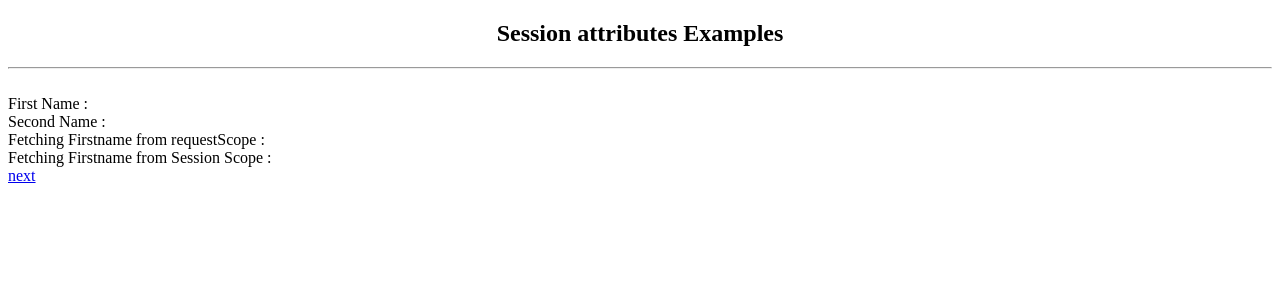
Repository: Ramakrishnmagadum/Testing_Branch
Page: http://localhost/Love-calculator-SessionAttributes/third
An editor plug-in stored every save of this project. The page is shown before and after the next save, followed by the edit.
The browser window is 1280 px wide. The pictures show the whole page.
The page is served by Tomcat 9. The template is opened directly, without the code that normally fills it, so the values that code supplies are empty.

Above is the page before, as saved 2025-05-02 13:25:58.

After the next save:
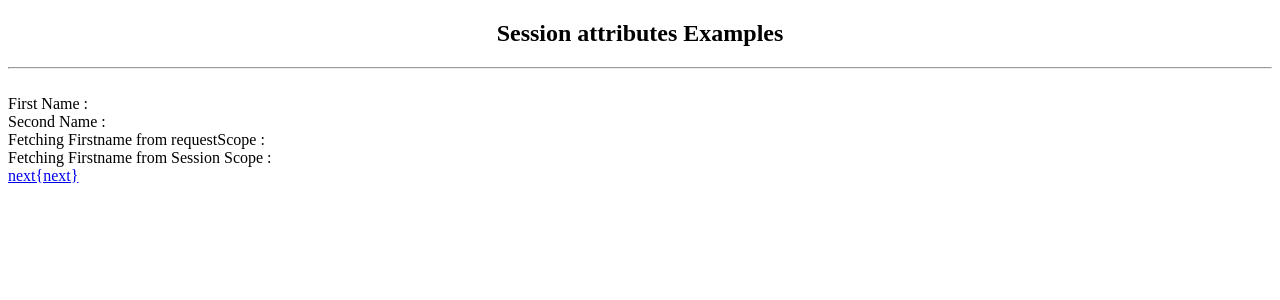
Saved 21 s later.
--- a/Love-calculator-SessionAttributes/src/main/webapp/WEB-INF/view/index.jsp
+++ b/Love-calculator-SessionAttributes/src/main/webapp/WEB-INF/view/index.jsp
@@ -17,6 +17,6 @@ Second Name : ${secondname}<br>
 Fetching Firstname from  requestScope : ${requestScope.firstname}<br>
 Fetching Firstname from  Session Scope : ${sessionScope.firstname}
 <br>
-<a href="second"> next</a>
+<a href="{next}"> next{next}</a>
 </body>
 </html>
